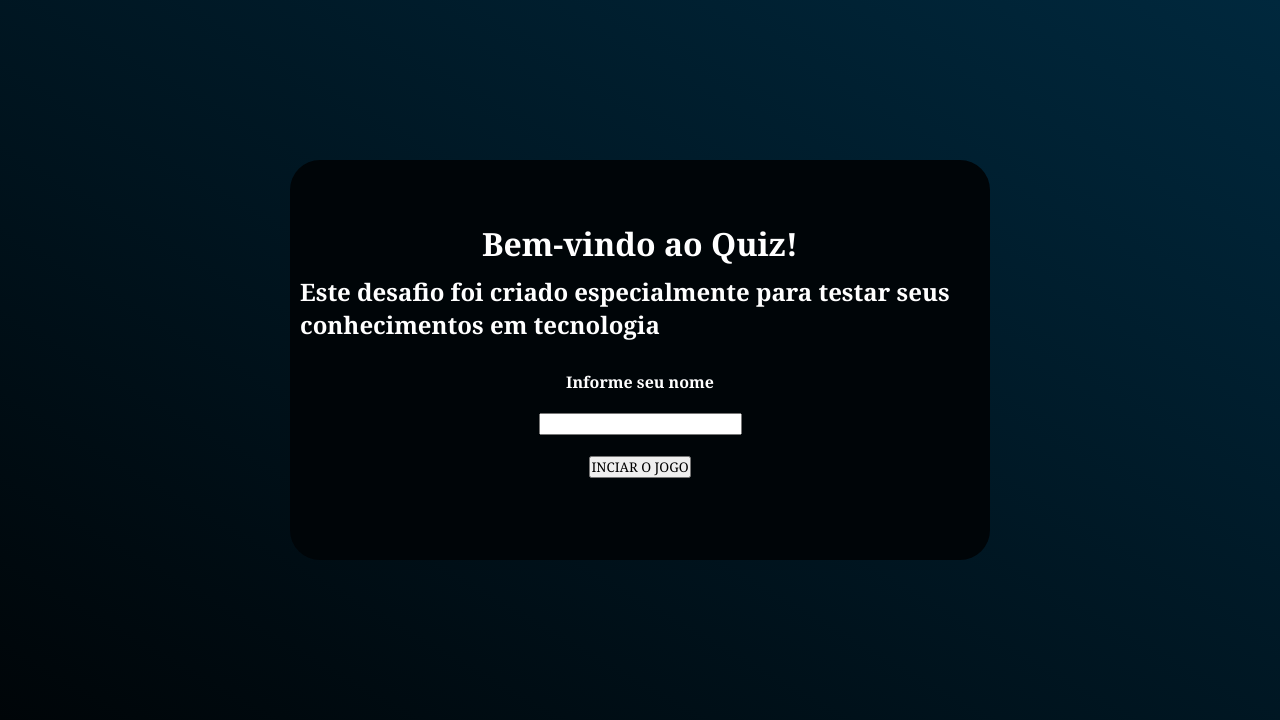
Repository: LaisSilvaO/Projeto-Quizz
Page: telas/apresentação.html
These files come from the project's save history. The page is drawn as it stood at one moment and after the next save; the edit follows.
The browser window is 1280 px wide. The pictures show the whole page.

Above is the page before, as saved 2024-12-25 21:40:13.

### telas/apresentação.html
<!DOCTYPE html>
<html lang="pt-br">

<head>
    <meta charset="UTF-8">
    <meta name="viewport" content="width=device-width, initial-scale=1.0">
    <title>Quiz</title>
    <link rel="stylesheet" href="../img/tela.css">
</head>

<body>
    <div class="box1">
        <div class="box2">

            <h1> Bem-vindo ao Quiz!</h1>

            <h2>Este desafio foi criado especialmente para testar seus conhecimentos em tecnologia</h2>
            </h2>
            <h4>Informe seu nome </h4>
            <input type="text" id="nome">
            <A href="index.html">
                <h4><button>INCIAR O JOGO</button></h4>
            </A>

        </div>
    </div>

</body>

</html>

### img/tela.css
* {
  margin: 0;
  padding: 0;
  box-sizing: border-box;
  font-family: Cambria, Cochin, Georgia, Times, 'Times New Roman', serif;
}

body {
  height: 100vh;
  display: flex;
  justify-content: center;
  align-items: center;
  flex-direction: column;
  background: linear-gradient(210deg, #00283d, #000508);
}

main {
  background-color: white;
  padding: 10px;
  border-radius: 10px;
  width: 100%;
  max-width: 600px;
  min-height: 400px;
  display: flex;
  justify-content: center;
  align-items: center;
}

.box1{
  position: relative;
  width: 700px;
  height: 410px;

  border-radius: 30px;
  display: flex;
  justify-content: center;
  align-items: center;
  flex-direction: column;
  overflow: hidden;

}
.box2 {
  position: relative;
  width: 700px;
  height: 400px;
  background-color: #000508;
  border-radius: 30px;
  display: flex;
  justify-content: center;
  align-items: center;
  flex-direction: column;
  overflow: hidden;
  color: white;
}

/* Borda animada externa */
.box1::before {
  content: '';
  position: absolute;
  top: 0;
  left: 0;
  width: 100%;
  height: 100%;
  border-radius: 30px;
  border: 0px solid transparent; /* Espessura da borda aumentada */
  background-image: linear-gradient(to bottom, #157815, #93b608);
  background-size: 400%; /* Aumenta o tamanho da animação da borda */
  animation: borderAnimation 6s linear  infinite ;
  z-index: -1; /* Garante que a borda fique atrás do conteúdo */
}

@keyframes borderAnimation {
  0% {
    top: 0px;
    left: 0px;
}
25% {
    top: 0px;
    left: 700px; /* Canto superior direito */
}
50% {
    top: 0px;
    left: 0px; /* Canto inferior direito */
}
75% {
    top: 700px;
    left: 0px; /* Canto inferior esquerdo */
}
100% {
    top: 700px;
    left: 0px;  /* Retorna ao canto superior esquerdo */
}
}

h2{
  padding: 10px;
}
h4{
  padding: 20px;
}

After the next save:
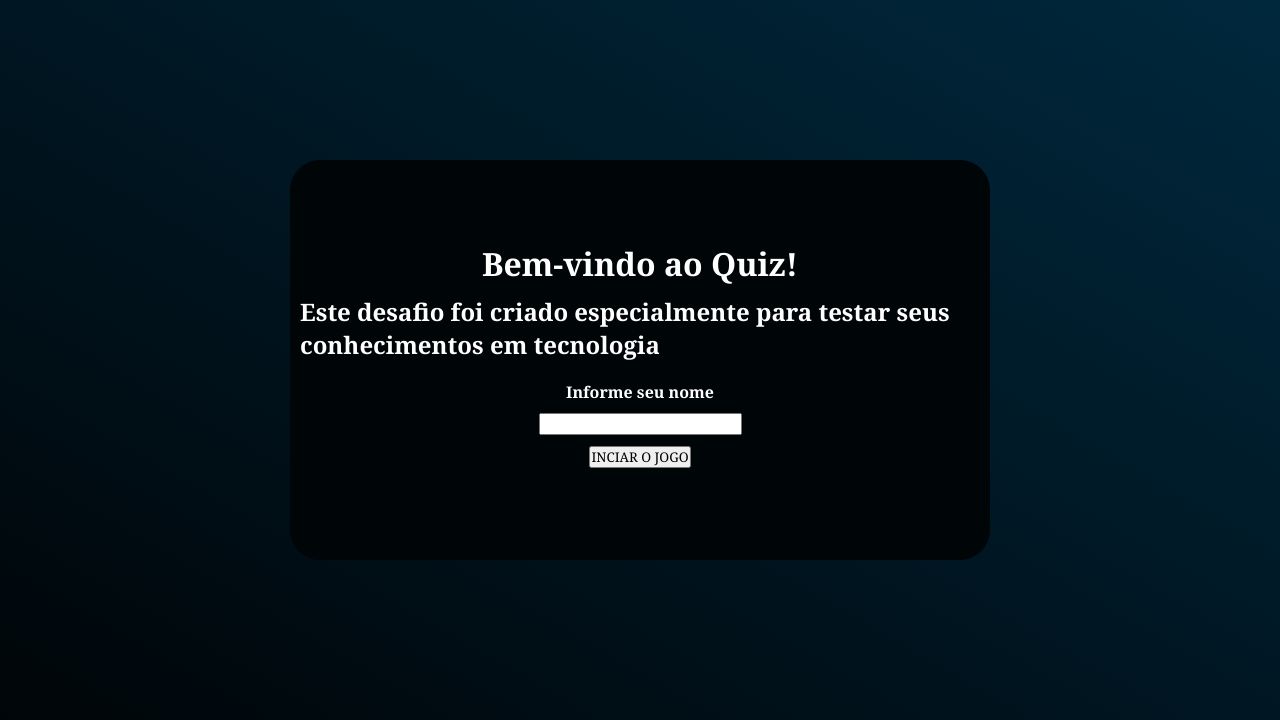
Saved 13 s later.
--- a/img/tela.css
+++ b/img/tela.css
@@ -96,5 +96,5 @@ h2{
   padding: 10px;
 }
 h4{
-  padding: 20px;
+  padding: 10px;
 }
